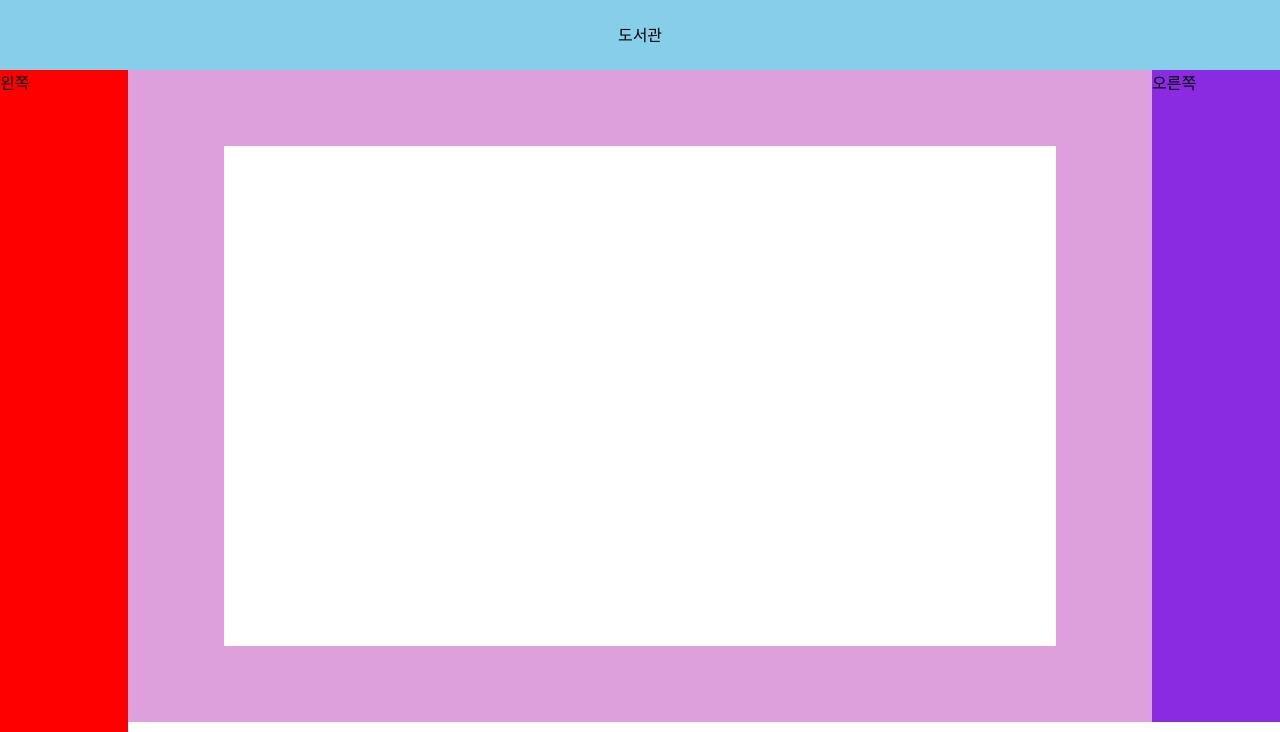
Repository: sojihwan/API_-Multi
Page: / (app in API/)
These files come from the project's save history. The page is drawn as it stood at one moment and after the next save; the edit follows.
The browser window is 1280 px wide. The pictures show the whole page.
The project was rebuilt for these pictures with package versions that can differ from the ones it lists, and the page was loaded fresh each time. Also part of the build but not shown: API/src/App.css.

Above is the page before, as saved 2022-05-24 15:30:25.

### API/src/App.js
import "./App.css";
import Layout from "./Layout/Layout";

function App() {
  return (
    <div>
      <Layout />
    </div>
  );
}

export default App;

### API/src/Layout/layout.js
import React from "react";
import "./Layout.css";
import Section from "./Section";

function Layout() {
  return (
    <div className="layout">
      <header>도서관</header>
      <main>
        <aside>왼쪽</aside>
        <Section />
        <aside>오른쪽</aside>
      </main>
    </div>
  );
}

export default Layout;

### API/src/Layout/layout.css
.layout {
  box-sizing: border-box;
}

header {
  width: 100%;
  height: 70px;
  line-height: 70px;
  text-align: center;
  background: skyblue;
}

aside {
  top: 70px;
}

main aside:first-child {
  position: absolute;
  left: 0;
  width: 10%;
  height: 92%;
  background: red;
}

main {
  display: flex;
  justify-content: center;
  align-items: center;
  min-height: 90.6vh;
  background: plum;
}

main aside:last-child {
  position: absolute;
  right: 0;
  width: 10%;
  height: 90.6%;
  background: blueviolet;
}

### API/src/Layout/Section.js
import React from "react";
import "../Layout/Section.css";

function Section() {
  return (
    <div className="section">
      <div></div>
    </div>
  );
}

export default Section;

### API/src/Layout/Section.css
.section {
  width: 65%;
  padding: 250px 0;
  text-align: center;
  background: white;
}

Loaded but not shown: API/public/index.html (common file); API/src/index.js (common file); API/src/index.css (common file); API/src/reportWebVitals.js (common file)

After the next save:
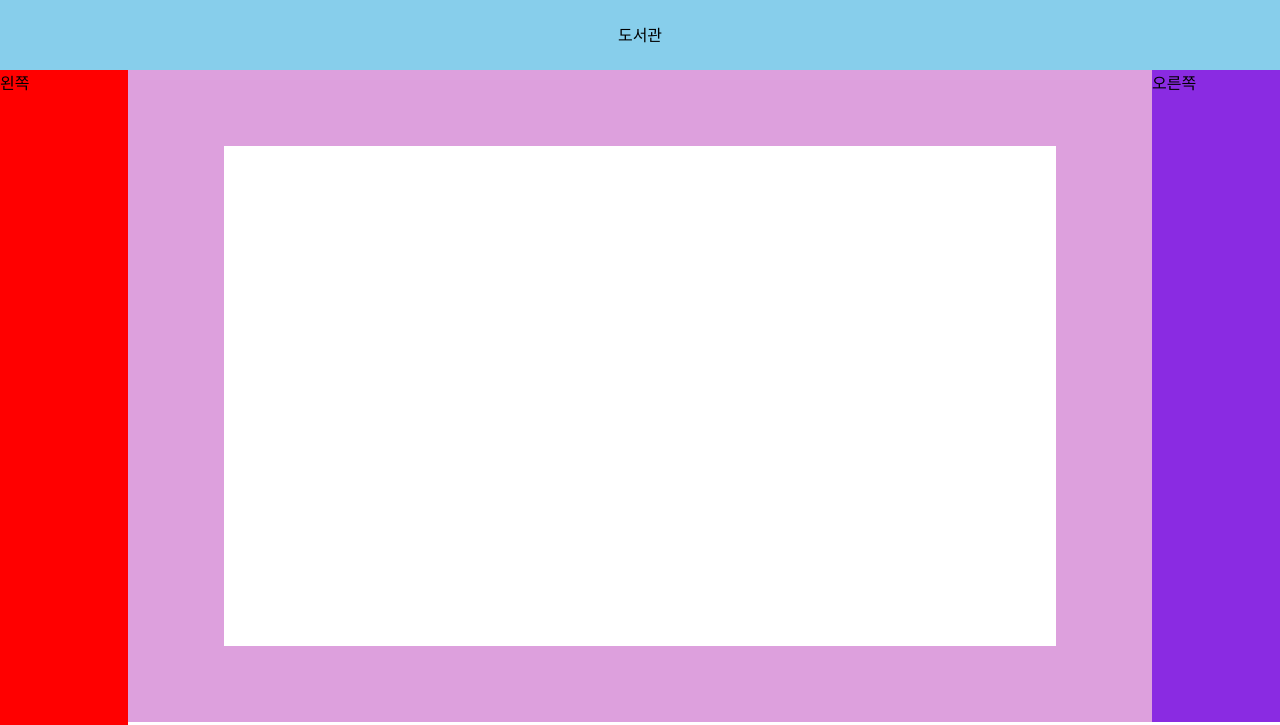
Saved 3 s later.
--- a/API/src/Layout/layout.css
+++ b/API/src/Layout/layout.css
@@ -18,7 +18,7 @@ main aside:first-child {
   position: absolute;
   left: 0;
   width: 10%;
-  height: 92%;
+  height: 91%;
   background: red;
 }
 
